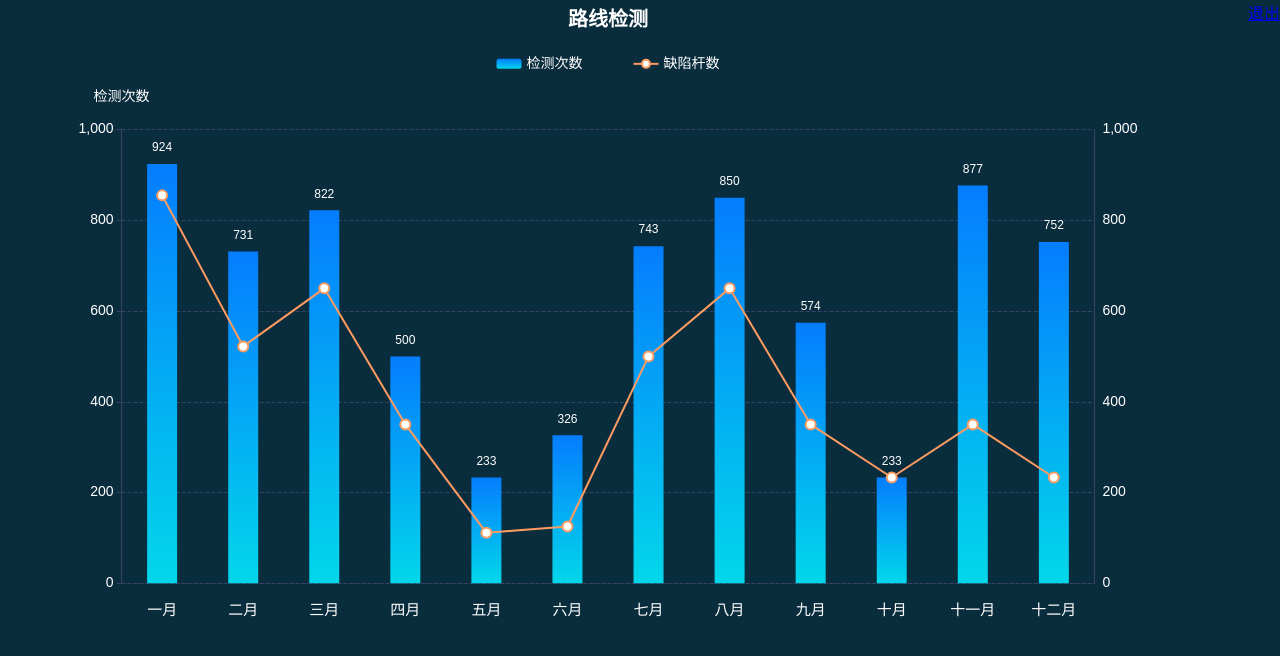
Repository: AweUniver/new_bishe_vue
Page: /#/charts
These files come from the project's save history. The page is drawn as it stood at one moment and after the next save; the edit follows.
The browser window is 1280 px wide. The pictures show the whole page.
The project was rebuilt for these pictures with package versions that can differ from the ones it lists, and the page was loaded fresh each time. Also part of the build but not shown: vue.config.js. Imported but missing from the stored project, and not drawn on this page: src/elementUI/index.

Above is the page before, as saved 2023-05-17 18:52:31.

### src/main.js
import Vue from 'vue'
import App from './App.vue'
import router from './router'
import store from './store'
import '@/assets/global.less'
import '@/elementUI/index'
Vue.config.productionTip = false

new Vue({
  router,
  store,
  render: h => h(App)
}).$mount('#app')

### src/App.vue
<template>
  <router-view></router-view>
</template>

<script>
export default {
  name: 'App'
}
</script>

<style lang="less" scoped></style>

### src/router/index.js
import Vue from 'vue'
import VueRouter from 'vue-router'
// import store from '@/store'

Vue.use(VueRouter)

const routes = [
  {
    path: '/',
    component: () => import('@/views/layout'),
    redirect: '/home', // 默认显示首页的二级路由
    children: [
      {
        path: 'home',
        component: () => import('@/views/home')
      }
    ]
  },
  {
    path: '/date',
    component: () => import('@/views/date')
  },
  {
    path: '/camera',
    component: () => import('@/views/camera')
  },
  {
    path: '/charts',
    component: () => import('@/views/charts')
  },
  {
    path: '/skylight',
    component: () => import('@/views/skylight')
  },
  {
    path: '/import',
    component: () => import('@/views/excel/import')
  },
  {
    path: '/export',
    component: () => import('@/views/excel/export')
  }
]

const router = new VueRouter({
  routes
})

// // 无需验证token的页面
// const whiteList = ['/login', '/reg']

// router.beforeEach((to, from, next) => {
//   const token = store.state.token
//   if (token) {
//     // 如果有token, 证明已登录
//     if (!store.state.userInfo.username) {
//       // 有token但是没有用户信息, 才去请求用户信息保存到vuex里
//       // 调用actions里方法请求数据
//       store.dispatch('initUserInfo')
//       // 下次切换页面vuex里有用户信息数据就不会重复请求用户信息
//     }
//     next() // 路由放行
//   } else {
//     // 如果无token
//     // 如果去的是白名单页面, 则放行
//     if (whiteList.includes(to.path)) {
//       next()
//     } else {
//       // 如果其他页面请强制拦截并跳转到登录页面
//       next('/login')
//     }
//   }
// })

export default router

### src/store/index.js
import Vue from 'vue'
import Vuex from 'vuex'
import createPersistedState from 'vuex-persistedstate'
// 导入axios
import { getUserInfoAPI } from '@/api'

Vue.use(Vuex)

export default new Vuex.Store({
  state: {
    token: '', // 用户token
    userInfo: {} // 定义用户信息对象
  },
  mutations: {
    // 更新 token 的 mutation 函数
    updateToken (state, newToken) {
      state.token = newToken
    },
    // 更新用户的信息
    updateUserInfo (state, info) {
      state.userInfo = info
    }
  },
  actions: {
    // 定义初始化用户基本信息的 action 函数
    async initUserInfo (store) {
      const { data: res } = await getUserInfoAPI()
      if (res.code === 0) {
        store.commit('updateUserInfo', res.data)
      }
    }
  },
  getters: {
    nickname: state => state.userInfo.nickname, // 昵称
    username: state => state.userInfo.username, // 用户名
    user_pic: state => state.userInfo.user_pic // 用户头像
  },
  // 配置为 vuex 的插件
  plugins: [createPersistedState()]
})

### src/views/charts/index.vue
<template>
  <div id="app">
    <div class="echarts-wrap">
      <!--折线柱状图 -->
      <echarts-bar class="echarts-item"></echarts-bar>
      <!-- <div class="back"><el-button  type="primary" size="small" @click="logoutFn">退出</el-button></div> -->
      <div class="buttonBox">
          <router-link to="/home">
            <el-tooltip content="退出" placement="top">
              <el-button
                icon="el-icon-s-home"
              >退出</el-button>
            </el-tooltip>
          </router-link>
        </div>
    </div>

  </div>
</template>

<script>
import echartsBar from '@/views/charts/echartsBar'
export default {
  name: 'App',
  components: {
    echartsBar
  },
  methods: {
    // 退出
    logoutFn () {
      // 询问用户是否退出
      this.$confirm('您确认退出吗？', '提示', {
        confirmButtonText: '确定',
        cancelButtonText: '取消',
        type: 'warning'
      })
        .then(() => {
          // TODO：执行退出的操作
          // 1. 清空 token
          this.$store.commit('updateToken', '')
          // 2. 跳转到首页
          this.$router.push('/home')
        })
        .catch((err) => err)
    }
  }
}
</script>

<style>
html,
body {
  height: 100%;
  width: 100%;
  padding: 0;
  margin: 0;
}
#app {
  font-family: Avenir, Helvetica, Arial, sans-serif;
  -webkit-font-smoothing: antialiased;
  -moz-osx-font-smoothing: grayscale;
  text-align: center;
  color: #2c3e50;
  background: #0a2d3d;
  height: 100%;
  width: 100%;
  overflow-x: hidden;
}
.echarts-wrap {
  height: 100%;
  width: 100%;
  display: flex;
  flex-wrap: wrap;
}
.echarts-item {
  width: 50%;
}
.back{
  /* display: flex; */
  color: aliceblue;
  height: 40px;
  text-align:center
}
.buttonBox {
  position: fixed;
  top: 0px;
  right: 0px;
  z-index: 9999;
}
</style>

### src/api/index.js
import request from '@/utils/request'

/**
 * 注册接口
 * @param {*} param0 { username: 用户名, password: 密码 }
 * @returns Promise对象
 */
export const registerAPI = ({ username, password, repassword }) => {
  return request({
    url: '/api/reg',
    method: 'post',
    data: {
      username,
      password,
      repassword
    }
  })
}

/**
 * 登录接口
 * @param {*} param0 { username: 用户名, password: 密码 }
 * @returns Promise对象
 */
export const loginAPI = ({ username, password }) => {
  return request({
    url: '/api/login',
    method: 'post',
    data: {
      username,
      password
    }
  })
}

/**
 * 获取-用户基础资料
 * @returns Promise对象
 */
export const getUserInfoAPI = () => {
  return request({
    url: '/my/userinfo'
  })
}

/**
 * 获取-侧边栏菜单数据
 * @returns Promise对象
 */
export const getMenusAPI = () => {
  return request({
    url: '/my/menus'
  })
}

/**
 * 更新-用户头像
 * @param {*} avatar 头像的base64字符串
 * @returns Promise对象
 */
export const updateAvatarAPI = (avatar) => {
  return request({
    url: '/my/update/avatar',
    method: 'PATCH',
    data: {
      avatar
    }
  })
}

### src/views/charts/echartsBar.vue
<template>
  <div
    class="echart"
    ref="mychart3"
    style="height:90%;width: 95%;"
  ></div>
</template>

<script>
import * as echarts from 'echarts'

export default {
  name: 'EchartsBar3',
  data () {
    return {}
  },
  mounted () {
    this.initBar()
  },
  methods: {
    initBar () {
      const option = {
        title: { // 标题组件
          text: '路线检测',
          top: 5,
          left: 'center', // 距离容器左侧的距离。可选left,right等
          textStyle: {
            color: '#fff',
            fontSize: 20
          }
        },
        grid: { // 直角坐标系内绘图网格
          containLabel: false,
          bottom: '10%', // grid 组件离容器下侧的距离。默认60px
          top: '20%' // grid 组件离容器上侧的距离。默认60px
        },
        legend: { // 图例组件
          top: '8%', // 图例组件离容器上侧的距离
          left: 'center', // 图例组件离容器左侧的距离
          textStyle: {
            color: '#fff',
            fontSize: 14
          },
          itemGap: 50, // 图例每项之间的间隔。默认10
          itemHeight: 10, // 图例标记的图形高度。默认14
          data: ['检测次数', '缺陷杆数']
        },
        xAxis: { // X轴-相关设置
          axisLabel: { // X轴-坐标轴刻度标签的相关设置。
            show: true,
            color: '#fff',
            margin: 20, // 刻度标签与轴线之间的距离。 默认8px
            fontSize: 15,
            interval: 0
          },
          axisTick: { // X轴-坐标轴刻度相关设置
            show: false
          },
          splitLine: { // X轴-分隔线
            show: false
          },
          axisLine: { // X轴-坐标轴轴线相关设置
            show: true,
            lineStyle: {
              color: '#384267',
              type: 'dashed' // 线的类型。可选'solid'等
            }
          },
          data: ['一月', '二月', '三月', '四月', '五月', '六月', '七月', '八月', '九月', '十月', '十一月', '十二月']
        },
        yAxis: [ // Y轴-相关设置
          { // 左侧y轴
            name: '检测次数',
            nameTextStyle: { // 坐标轴名称的文字样式
              color: '#fff',
              padding: [0, 0, 10, 0],
              fontSize: 14
            },
            axisLabel: { // Y轴-坐标轴刻度标签的相关设置
              fontSize: 14,
              color: '#fff'
            },
            axisTick: { // Y轴-坐标轴刻度相关设置。
              show: true,
              lineStyle: {
                color: '#384267'
              }
            },
            splitLine: { // Y轴-分隔线
              show: true,
              lineStyle: {
                color: '#384267',
                type: 'dashed'
              }
            },
            axisLine: { // Y轴-坐标轴轴线相关设置。
              show: true,
              lineStyle: {
                color: '#384267',
                type: 'solid'
              }
            }
          },
          { // 右侧y轴
            position: 'right', // y 轴的位置。可选left,right。默认 第一个 y 轴在左侧（'left'），第二个 y 轴在另一侧。
            axisLabel: { // Y轴-坐标轴刻度标签的相关设置
              show: true,
              textStyle: {
                fontSize: 14,
                color: '#fff'
              }
            },
            axisTick: { // Y轴-坐标轴刻度相关设置。
              show: false
            },
            splitLine: { // Y轴-分隔线
              show: false
            },
            axisLine: { // Y轴-坐标轴轴线相关设置。
              show: true,
              lineStyle: {
                color: '#384267',
                type: 'solid'
              }
            }
          }
        ],
        series: [
          { // 柱状系列数据
            name: '检测次数',
            type: 'bar',
            yAxisIndex: 0, // 使用的 y 轴的 index，在单个图表实例中存在多个 y轴的时候有用
            data: [924, 731, 822, 500, 233, 326, 743, 850, 574, 233, 877, 752],
            barWidth: 30,
            itemStyle: {
              color: {
                type: 'linear',
                x: 0,
                y: 0,
                x2: 0,
                y2: 1,
                global: false,
                colorStops: [
                  { offset: 0, color: '#057DFE' }, // 0% 处的颜色
                  { offset: 1, color: '#02D7EA' }// 100% 处的颜色
                ]
              }
            },
            label: { // 图形上的文本标签
              show: true,
              position: 'top', // 标签的位置。可选top，left等
              distance: 10, // 距离图形元素的距离。默认值5
              color: '#fff'
            }
          },
          { // 折线系列数据
            name: '缺陷杆数',
            type: 'line',
            data: [855, 522, 650, 350, 111, 125, 500, 650, 350, 233, 350, 233],
            // 使用的 y 轴的 index
            // 在单个图表实例中存在多个 y轴的时候有用
            yAxisIndex: 1,
            smooth: false, // 是否平滑曲线显示
            // 标记的图形为实心圆。可选 'circle'，'rect'等
            symbol: 'emptyCircle',
            symbolSize: 10, // 标记的大小
            itemStyle: {
              // 折线拐点标志的样式
              color: '#FF9B61'
            },
            lineStyle: {
              color: '#FF9B61'
            }
          }
        ],
        tooltip: {
          trigger: 'axis',
          backgroundColor: 'rgba(17,95,182,0.5)',
          textStyle: {
            color: '#fff'
          },
          formatter: (params) => {
            const oneDotHtml = '<span style="display:inline-block;margin-right:5px;width:10px;height:10px;background-color:#057DFE"></span>'
            const twoDotHtml = '<span style="display:inline-block;margin-right:5px;width:10px;height:10px;background-color:#FF9B61"></span>'
            return (
              `${params[0].name}<br />
            ${oneDotHtml}${params[0].seriesName}：${params[0].value}<br />
            ${twoDotHtml}${params[1].seriesName}：${params[1].value}
            `
            )
          }
        }
      }
      const myChart = echarts.init(this.$refs.mychart3)
      myChart.setOption(option)
    }
  }
}

</script>
<style scoped>
</style>

### src/utils/request.js
import axios from 'axios'
// import store from '@/store'
// import router from '@/router'

// 创建一个自定的axios方法(比原axios多了个基地址)
// axios函数请求的url地址前面会被拼接基地址, 然后axios请求baseURL+url后台完整地址
export const baseURL = 'http://big-event-vue-api-t.itheima.net'
const myAxios = axios.create({
  baseURL
})

// 白名单: 不需要携带token的api地址
// const whiteAPIList = ['/api/reg', '/api/login']

// // 定义请求拦截器
// myAxios.interceptors.request.use(function (config) {
//   if (!whiteAPIList.includes(config.url)) {
//     // 为请求头挂载 Authorization 字段
//     config.headers.Authorization = store.state.token
//   }
//   return config
// }, function (error) {
//   return Promise.reject(error)
// })

// // 定义响应拦截器
// myAxios.interceptors.response.use(function (response) {
//   // 响应状态码为 2xx 时触发成功的回调，形参中的 response 是“成功的结果”
//   return response
// }, function (error) {
//   // 响应状态码不是 2xx 时触发失败的回调，形参中的 error 是“失败的结果”
//   if (error.response.status === 401) {
//     // 无效的 token
//     // 把 Vuex 中的 token 重置为空，并跳转到登录页面
//     store.commit('updateToken', '')
//     router.push('/login')
//   }
//   return Promise.reject(error)
// })

// 导出自定义的axios方法, 供外面调用传参发请求
export default myAxios

Loaded but not shown: public/index.html (common file); src/assets/global.less (common file)

After the next save:
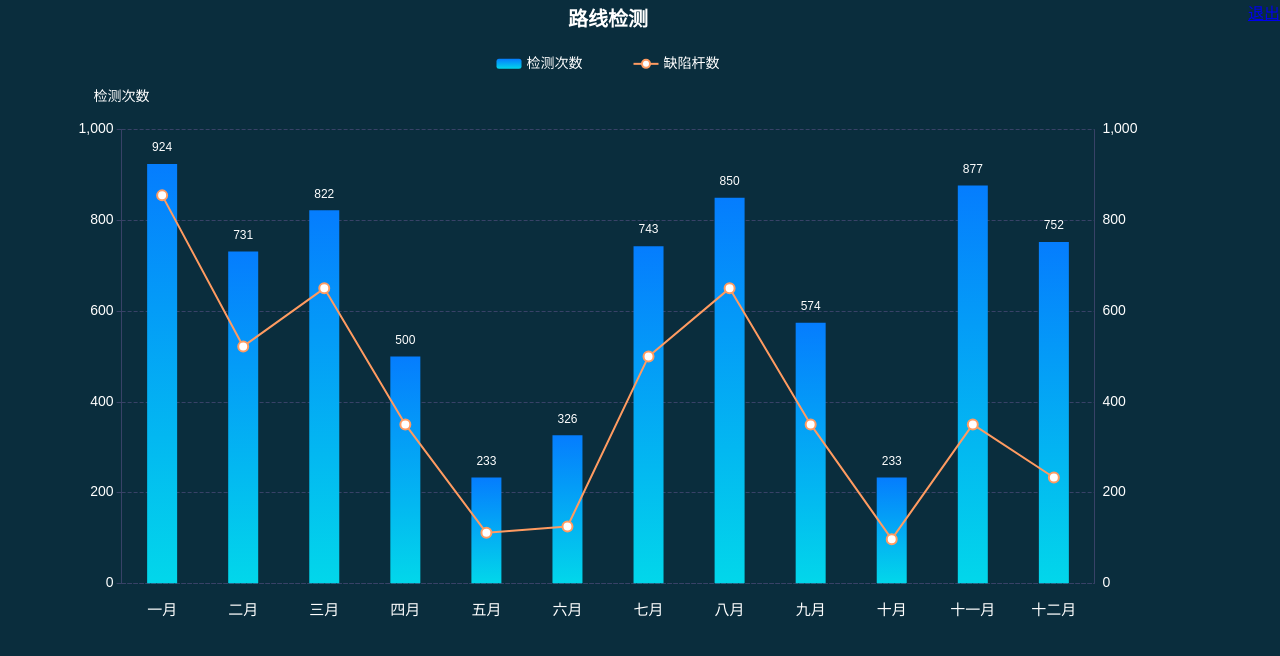
Saved 16 s later.
--- a/src/views/charts/echartsBar.vue
+++ b/src/views/charts/echartsBar.vue
@@ -156,7 +156,7 @@ export default {
           { // 折线系列数据
             name: '缺陷杆数',
             type: 'line',
-            data: [855, 522, 650, 350, 111, 125, 500, 650, 350, 233, 350, 233],
+            data: [855, 522, 650, 350, 111, 125, 500, 650, 350, 97, 350, 233],
             // 使用的 y 轴的 index
             // 在单个图表实例中存在多个 y轴的时候有用
             yAxisIndex: 1,
